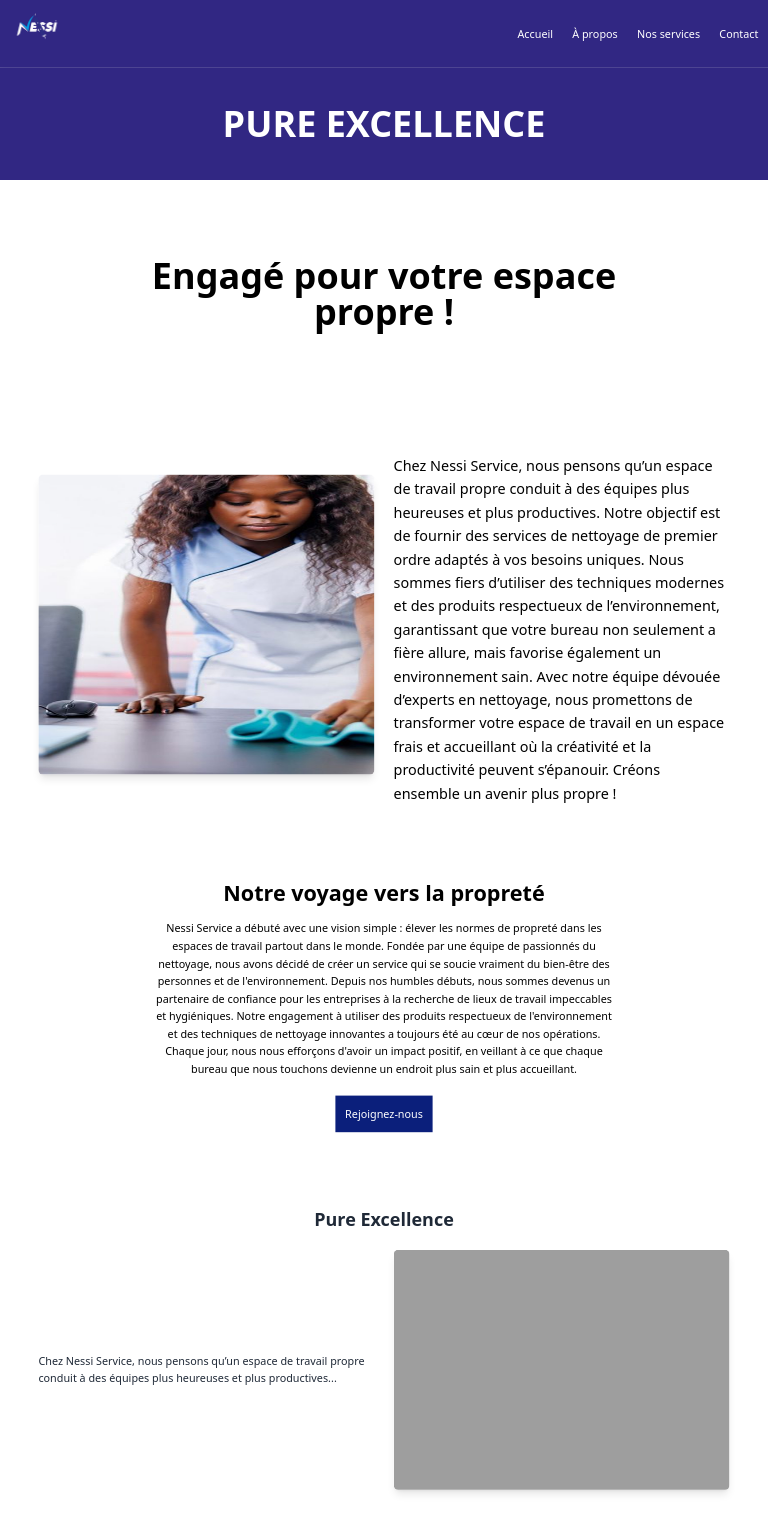
Repository: MDiouf9/Nessi
Page: /About
An editor plug-in stored every save of this project. The page is shown before and after a run of saves, followed by the edit.
The browser window is 1280 px wide. The pictures show the whole page, at 60% of full size.
Pictures or frames that could not be fetched are drawn as grey boxes. The project was rebuilt for these pictures with package versions that can differ from the ones it lists, and the page was loaded fresh each time. Also part of the build but not shown: vite.config.js, src/Global.css, src/App.css, src/components/Footer.jsx, src/Pages/Home.jsx, src/Pages/NotFound.jsx, src/components/Countries.jsx, src/Pages/Services.jsx and 1 more.

Above is the page before, as saved 2025-03-10 18:33:48.

### src/main.jsx
import { StrictMode } from 'react'
import { createRoot } from 'react-dom/client'
import './index.css'
import './Global.css'
import App from './App.jsx'

createRoot(document.getElementById('root')).render(
  <StrictMode>
    <App />
  </StrictMode>,
)

### src/index.css
@tailwind base;
@tailwind components;
@tailwind utilities;
























/* :root {
  font-family: Inter, system-ui, Avenir, Helvetica, Arial, sans-serif;
  line-height: 1.5;
  font-weight: 400;

  color-scheme: light dark;
  color: rgba(255, 255, 255, 0.87);
  background-color: #242424;

  font-synthesis: none;
  text-rendering: optimizeLegibility;
  -webkit-font-smoothing: antialiased;
  -moz-osx-font-smoothing: grayscale;
}

a {
  font-weight: 500;
  color: #646cff;
  text-decoration: inherit;
}
a:hover {
  color: #535bf2;
}

body {
  margin: 0;
  display: flex;
  place-items: center;
  min-width: 320px;
  min-height: 100vh;
}

h1 {
  font-size: 3.2em;
  line-height: 1.1;
}

button {
  border-radius: 8px;
  border: 1px solid transparent;
  padding: 0.6em 1.2em;
  font-size: 1em;
  font-weight: 500;
  font-family: inherit;
  background-color: #1a1a1a;
  cursor: pointer;
  transition: border-color 0.25s;
}
button:hover {
  border-color: #646cff;
}
button:focus,
button:focus-visible {
  outline: 4px auto -webkit-focus-ring-color;
}

@media (prefers-color-scheme: light) {
  :root {
    color: #213547;
    background-color: #ffffff;
  }
  a:hover {
    color: #747bff;
  }
  button {
    background-color: #f9f9f9;
  }
} */

### src/App.jsx

import { BrowserRouter , Routes, Route  } from "react-router-dom"
// import reactLogo from './assets/react.svg'
// import viteLogo from '/vite.svg'
import './App.css'
import Home from './Pages/Home'
import NotFound from './Pages/NotFound'
import About from './Pages/About'
import Countries from './components/Countries'
import Services from './Pages/Services'
import Contact from './Pages/Contact'


function App() {

  return (
    <>
     <BrowserRouter>
      <Routes>
        <Route path="/"  element={<Home />} />
        <Route path='/About' element={<About/>} />
        <Route path='/Services' element={<Services/>} />
        <Route path='/Contact' element={<Contact/>} />
        <Route path='/Countries' element={<Countries/>} />
        <Route path='*' element={<NotFound/>} />
      </Routes>
    </BrowserRouter>

    </>
  )
}

export default App

### src/Pages/About.jsx

import Header from '../components/Header'
import SectionWithImage from '../components/Sectionlesft'
import regulier from "../assets/fememenage.png";
import SectionWithTitle from '../components/SectionTitle';
import OurJourneySection from '../components/SectionTexte';


const About = () => {
  return (
    <div>

        <Header/>
        <section className="bg-[#312783] text-white py-16 flex justify-center items-center">
      <h1 className="text-4xl md:text-6xl font-bold">PURE EXCELLENCE</h1>
    </section>
    {/* section 2 */}
    <section className=" text-white py-16 flex justify-center items-center">
      <h1 className="text-4xl md:text-6xl font-bold"> <section className=" text-black py-16 flex justify-center items-center">
      <h1 className="text-4xl md:text-6xl font-bold text-center">Engagé pour votre espace <br /> propre !</h1>
    </section></h1>
    </section>

        <SectionWithImage
             imageSrc={regulier} // Image à afficher
             altText="Nettoyage en action" // Texte alternatif
             title="" // Titre de la section
             content="Chez Nessi Service, nous pensons qu’un espace de travail propre conduit à des équipes plus heureuses et plus productives. Notre objectif est de fournir des services de nettoyage de premier ordre adaptés à vos besoins uniques. Nous sommes fiers d’utiliser des techniques modernes et des produits respectueux de l’environnement, garantissant que votre bureau non seulement a fière allure, mais favorise également un environnement sain. Avec notre équipe dévouée d’experts en nettoyage, nous promettons de transformer votre espace de travail en un espace frais et accueillant où la créativité et la productivité peuvent s’épanouir. Créons ensemble un avenir plus propre !"
           />

<OurJourneySection />


<SectionWithTitle
  imageSrc="ton_image.png"
  altText="Nettoyage professionnel"
  title="Pure Excellence"
  content="Chez Nessi Service, nous pensons qu’un espace de travail propre conduit à des équipes plus heureuses et plus productives..."
/>

    </div>
  )
}

export default About

### src/components/Header.jsx
import  { useState } from "react";
import { Link } from "react-router-dom";
import logo from "../assets/logo1.png";

const navLinks = [
  { name: "Accueil", path: "/" },
  { name: "À propos", path: "/about" },
  { name: "Nos services", path: "/services" },
  { name: "Contact", path: "/contact" }
];

const Header = () => {
  const [isMenuOpen, setIsMenuOpen] = useState(false); // État pour gérer l'ouverture du menu mobile

  return (
    <header className="bg-[#312783] text-white p-4 shadow-lg">
      <div className="container mx-auto flex justify-between items-center">
        {/* Logo */}
        <img src={logo} alt="Logo" className="h-20" />

        {/* Menu burger pour mobile */}
        <button
          className="lg:hidden text-white text-2xl"
          onClick={() => setIsMenuOpen(!isMenuOpen)}
          aria-label="Toggle Menu"
        >
          {isMenuOpen ? (
            <span>&#10005;</span>  // Croix de fermeture du menu
          ) : (
            <span>&#9776;</span>  // Icône hamburger
          )}
        </button>

        {/* Navigation */}
        <nav className={`lg:flex ${isMenuOpen ? "block" : "hidden"} lg:bg-transparent bg-[#312783]`}>
          <ul className="lg:flex lg:space-x-8 flex-col lg:flex-row space-y-4 lg:space-y-0 p-6 lg:p-0">
            {navLinks.map((link, index) => (
              <li key={index} className="relative">
                <Link
                  to={link.path}
                  className="hover:text-gray-300 text-lg transition-colors duration-300 ease-in-out"
                >
                  {link.name}
                </Link>
                {/* Ajouter une barre sous le lien actif */}
              </li>
            ))}
          </ul>
        </nav>
      </div>


    </header>
  );
};

export default Header;

### src/components/Sectionlesft.jsx
const SectionWithImage = ({ imageSrc, altText, title, content }) => {
    return (
      <section className="bg-white py-16 px-6 md:px-16">
        <div className="container mx-auto flex flex-col md:flex-row items-center gap-8">
          {/* Image à gauche */}
          <div className="md:w-1/2 flex justify-aound items-center">
            <img src={imageSrc} alt={altText} className="w-full h-full max-h-[500px] object-center  rounded-lg shadow-lg" />
          </div>

          {/* Texte à droite */}
          <div className="md:w-1/2 flex flex-col justify-center h-full">
            <h2 className="text-3xl font-bold mb-4">{title}</h2>
            <p className="text-2xl leading-relaxed">{content}</p>
          </div>
        </div>
      </section>
    );
  };

  export default SectionWithImage;

### src/components/SectionTitle.jsx
const SectionWithTitle = ({ imageSrc, altText, title, content }) => {
    return (
      <section className="bg-white py-16 px-6 md:px-16">
        <div className="container mx-auto text-center mb-8">
          <h2 className="text-3xl font-bold text-gray-800">{title}</h2>
        </div>

        <div className="container mx-auto flex flex-col md:flex-row items-center gap-8">
          {/* Texte à gauche */}
          <div className="md:w-1/2 flex flex-col justify-center h-full text-gray-800">
            <p className="text-lg leading-relaxed">{content}</p>
          </div>

          {/* Image à droite */}
          <div className="md:w-1/2 flex justify-center items-center">
            <img src={imageSrc} alt={altText} className="w-full h-full max-h-[400px] object-cover rounded-lg shadow-lg" />
          </div>
        </div>
      </section>
    );
  };

  export default SectionWithTitle;

### src/components/SectionTexte.jsx
const OurJourneySection = () => {
    return (
      <section className=" text-black py-16 px-6 md:px-16">
        <div className="container mx-auto text-center">
          {/* Titre */}
          <h2 className="text-4xl font-bold mb-6">Notre voyage vers la propreté</h2>

          {/* Texte */}
          <p className="text-lg leading-relaxed max-w-3xl mx-auto">
            Nessi Service a débuté avec une vision simple : élever les normes de propreté dans les espaces de travail partout dans le monde.
            Fondée par une équipe de passionnés du nettoyage, nous avons décidé de créer un service qui se soucie vraiment du bien-être des personnes et de l'environnement.
            Depuis nos humbles débuts, nous sommes devenus un partenaire de confiance pour les entreprises à la recherche de lieux de travail impeccables et hygiéniques.
            Notre engagement à utiliser des produits respectueux de l'environnement et des techniques de nettoyage innovantes a toujours été au cœur de nos opérations.
            Chaque jour, nous nous efforçons d'avoir un impact positif, en veillant à ce que chaque bureau que nous touchons devienne un endroit plus sain et plus accueillant.
            <br /> <br />
             <button className="bg-[#0B1F7B] p-4 text-white">Rejoignez-nous</button>
          </p>
        </div>
      </section>
    );
  };

  export default OurJourneySection;

Loaded but not shown: index.html (common file); tailwind.config.js (common file)

After the next 2 saves:
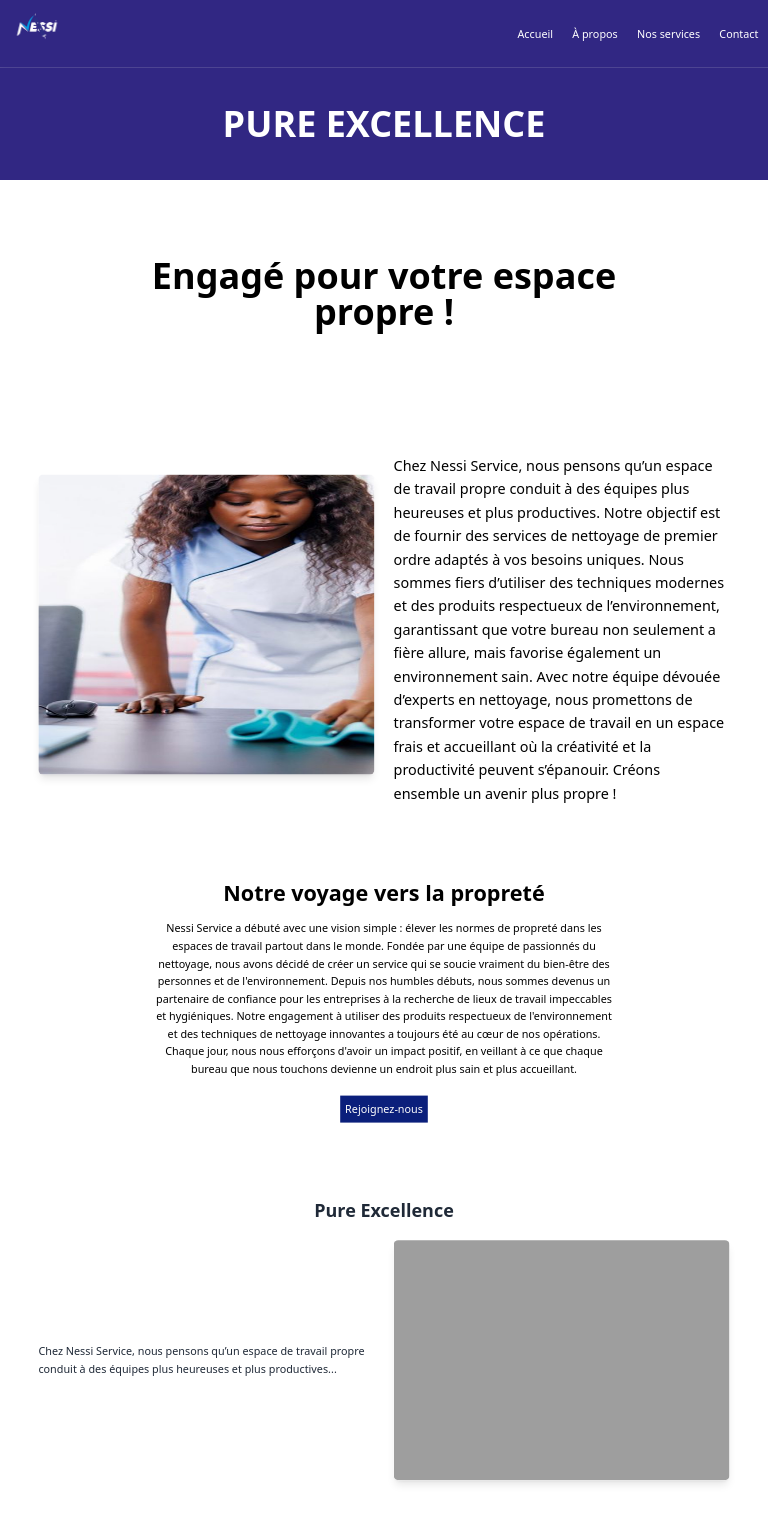
The 2 saves are shown as one change because they came seconds apart.
The last was saved 12 s later.
--- a/src/components/SectionTexte.jsx
+++ b/src/components/SectionTexte.jsx
@@ -13,7 +13,7 @@ const OurJourneySection = () => {
             Notre engagement à utiliser des produits respectueux de l'environnement et des techniques de nettoyage innovantes a toujours été au cœur de nos opérations.
             Chaque jour, nous nous efforçons d'avoir un impact positif, en veillant à ce que chaque bureau que nous touchons devienne un endroit plus sain et plus accueillant.
             <br /> <br />
-             <button className="bg-[#0B1F7B] p-4 text-white">Rejoignez-nous</button>
+             <button className="bg-[#0B1F7B] p-2 text-white">Rejoignez-nous</button>
           </p>
         </div>
       </section>
